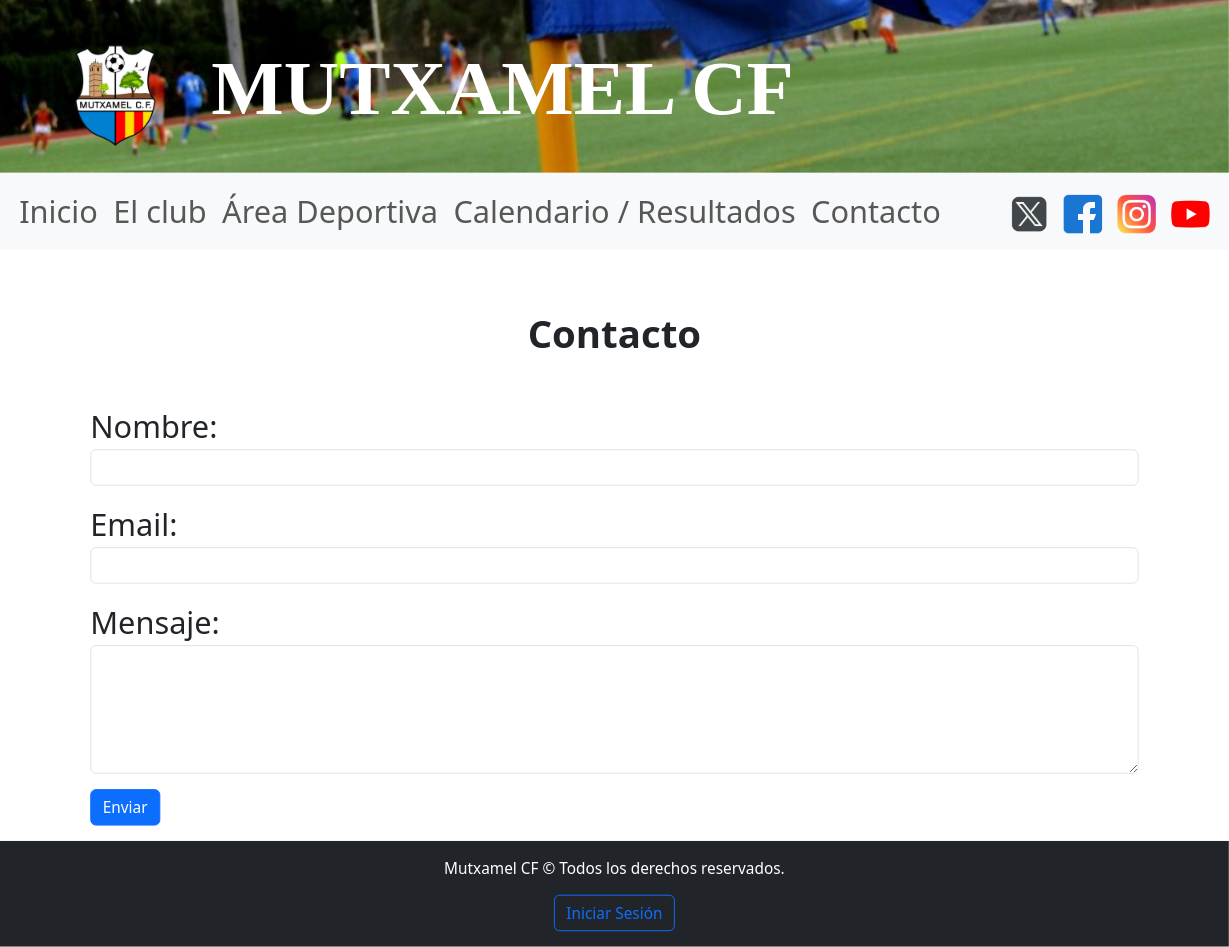
Repository: mikeluca/webMutxamelCF
Page: http://localhost/contacto
These files come from the project's save history. The page is drawn as it stood at one moment and after the next save; the edit follows.
The browser window is 1280 px wide. The pictures show the whole page, at 96% of full size.
Some web fonts or font styles are not loaded; a fallback is used. The page is this project's Thymeleaf template; nobody is signed in. The template is opened directly, without the code that normally fills it, so the values that code supplies are empty.

Above is the page before, as saved 2024-10-30 09:49:19.

After the next save:
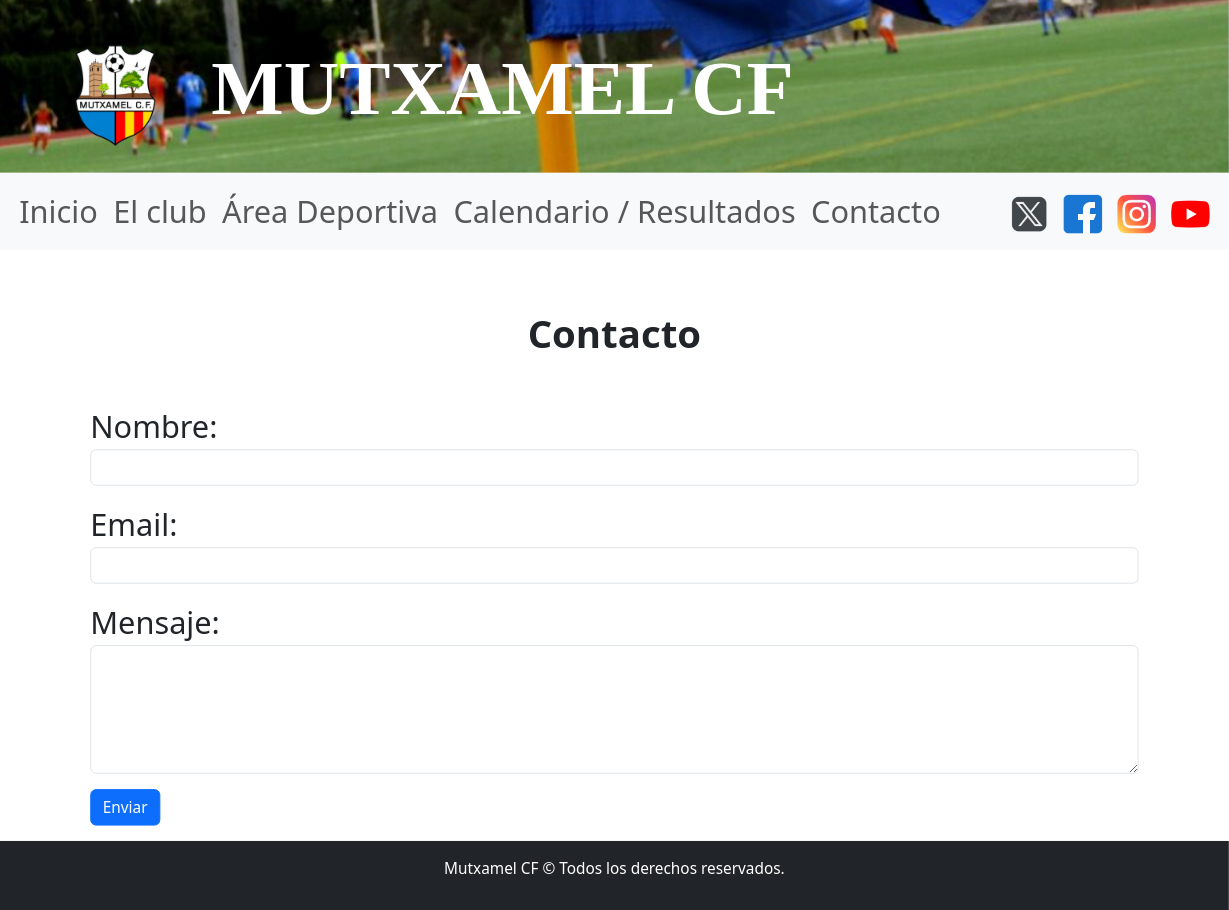
Saved 12 s later.
--- a/mvc/src/main/resources/templates/footer.html
+++ b/mvc/src/main/resources/templates/footer.html
@@ -1,9 +1,9 @@
 <footer class="bg-dark text-white text-center py-3">
 	<p>Mutxamel CF © Todos los derechos reservados.</p>
 
-	<button class="btn btn-outline-primary ms-auto" data-bs-toggle="modal" data-bs-target="#loginModal">
-		Iniciar Sesión
-	</button>
+	<!--	<button class="btn btn-outline-primary ms-auto" data-bs-toggle="modal" data-bs-target="#loginModal">-->
+	<!--		Iniciar Sesión-->
+	<!--	</button>-->
 
 	<!-- Botón que abre el modal de inicio de sesión o muestra "Cerrar sesión" -->
 	<div>
